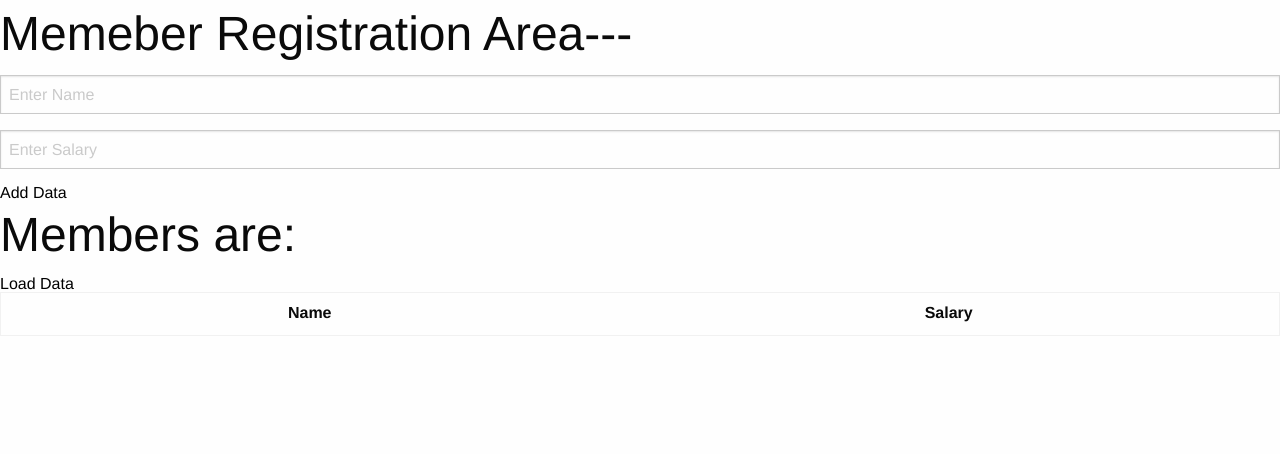
Repository: dhileepankruschev/spring-training
Page: http://localhost/Member/
An editor plug-in stored every save of this project. The page is shown before and after the next save, followed by the edit.
The browser window is 1280 px wide. The pictures show the whole page.
Some web libraries are served in a nearby version. The page is served by Tomcat 9. Nobody is signed in. The application's start-up code is not run.

Above is the page before, as saved 2016-06-29 05:27:38.

After the next save:
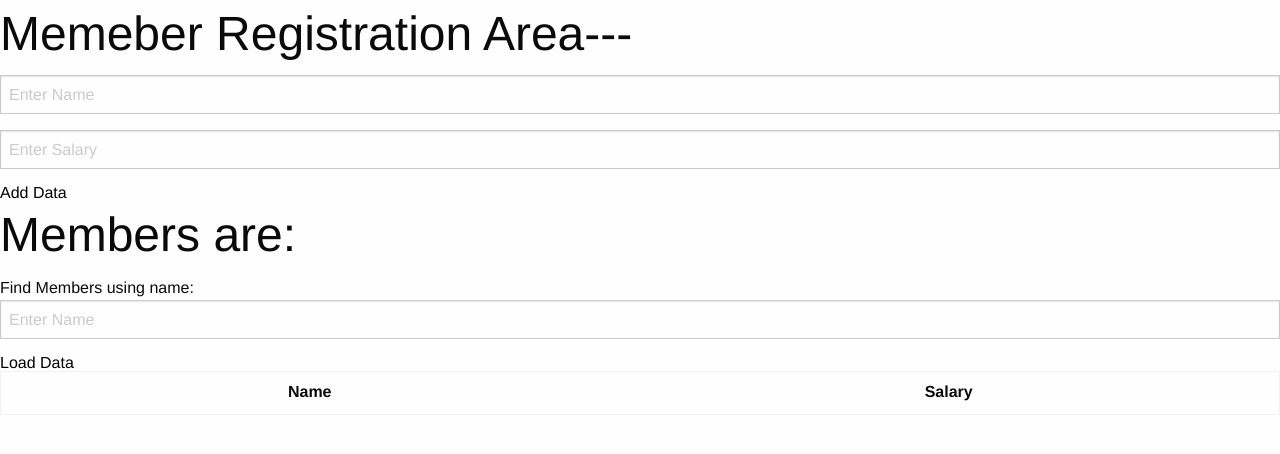
Saved 25 s later.
--- a/Member/src/main/webapp/index.jsp
+++ b/Member/src/main/webapp/index.jsp
@@ -19,6 +19,7 @@
 <button ng-click="addData()">Add Data</button>
 <br>
 	<h1>Members are:</h1>
+	Find Members using name: <input type=text ng-model="search.name" placeholder="Enter Name"/>
 	<button ng-click="loadData()">Load Data</button>
 	<table>
 		<tr>
